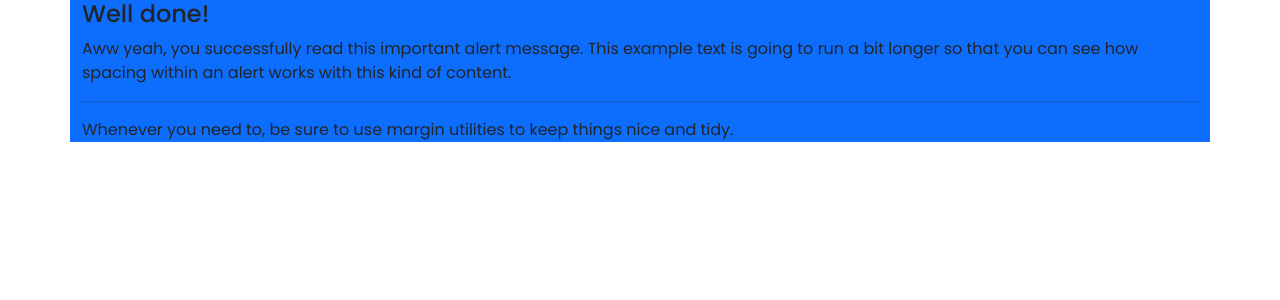
Repository: isaacCodes1/My-Project
Page: alert.html
An editor plug-in stored every save of this project. The page is shown before and after the next save, followed by the edit.
The browser window is 1280 px wide. The pictures show the whole page.

Above is the page before, as saved 2024-03-21 15:33:11.

### alert.html
<!DOCTYPE html>
<html lang="en">
  <head>
    <meta charset="UTF-8" />
    <meta name="viewport" content="width=device-width, initial-scale=1.0" />
    <link
      href="https://cdn.jsdelivr.net/npm/bootstrap@5.2.3/dist/css/bootstrap.min.css"
      rel="stylesheet"
      integrity="sha384-rbsA2VBKQhggwzxH7pPCaAqO46MgnOM80zW1RWuH61DGLwZJEdK2Kadq2F9CUG65"
      crossorigin="anonymous"
    />
    <script
      src="https://cdn.jsdelivr.net/npm/bootstrap@5.2.3/dist/js/bootstrap.bundle.min.js"
      integrity="sha384-kenU1KFdBIe4zVF0s0G1M5b4hcpxyD9F7jL+jjXkk+Q2h455rYXK/7HAuoJl+0I4"
      crossorigin="anonymous"
    ></script>
    <link rel="stylesheet" href="style.css" />
    <title>Document</title>
  </head>
  <body>
    <div class=" container border-1 bg-primary alert-success" role="alert">
      <h4 class="alert-heading">Well done!</h4>
      <p>
        Aww yeah, you successfully read this important alert message. This
        example text is going to run a bit longer so that you can see how
        spacing within an alert works with this kind of content.
      </p>
      <hr />
      <p class="mb-0">
        Whenever you need to, be sure to use margin utilities to keep things
        nice and tidy.
      </p>
    </div>
  </body>
  <script
    src="https://cdn.jsdelivr.net/npm/@popperjs/core@2.11.6/dist/umd/popper.min.js"
    integrity="sha384-oBqDVmMz9ATKxIep9tiCxS/Z9fNfEXiDAYTujMAeBAsjFuCZSmKbSSUnQlmh/jp3"
    crossorigin="anonymous"
  ></script>
  <script
    src="https://cdn.jsdelivr.net/npm/bootstrap@5.2.3/dist/js/bootstrap.min.js"
    integrity="sha384-cuYeSxntonz0PPNlHhBs68uyIAVpIIOZZ5JqeqvYYIcEL727kskC66kF92t6Xl2V"
    crossorigin="anonymous"
  ></script>
</html>

### style.css
@import url("https://fonts.googleapis.com/css2?family=Poppins:ital,wght@0,100;0,200;0,300;0,400;0,500;0,600;0,700;0,800;0,900;1,100;1,200;1,300;1,400;1,500;1,600;1,700;1,800;1,900&display=swap");
* {
  margin: 0;
  padding: 0;
  box-sizing: border-box;
  font-family: "Poppins", sans-serif;
}
nav {
  display: flex;
  align-items: center;
  justify-content: space-between;
  width: 100%;
  padding: 20px 40px;
}
.image a {
  display: flex;
  align-items: center;
  gap: 6px;
  text-decoration: none;
  color: #000;
  font-size: 16px;
  font-weight: 900;
}
.image a img {
  width: 16%;
}
.navItems {
  display: flex;
  gap: 30px;
  align-items: center;
}
.navItems ul {
  display: flex;
  gap: 30px;
  list-style: none;
}
.navItems ul li a {
  text-decoration: none;
  color: #000;
  font-size: 16px;
  font-weight: 500;
}
.navItems ul li a:hover {
  transform: scale(1.05);
  color: #ebd96b;
  font-style: italic;
  border: 1px solid #000;
  transition: 1s ease-in-out;
}
.navItems button {
  border: 0;
  background: #000;
  padding: 10px 20px;
  color: #fff;
  border-radius: 5px;
  font-size: 13px;
}
.navItems button:hover {
  transform: scale(1.05);
  transition: 1s ease-in-out;
  color: #000;
  background: rgb(137, 136, 136);
}
.welcome {
  font-size: 30px;
  font-weight: 900;
  font-style: oblique;
}
.firstPageCont {
  padding: 20px 40px;
}
.FirstPage {
  display: flex;
  flex: 1;
  width: 100%;
  height: 90vh;
  padding: 40px 10px 0px 10px;
  border-radius: 30px;
  background: #f4f6f5;
}
.txtCont {
  display: flex;
  flex: 0.5;
  flex-direction: column;
  gap: 10px;
  padding-left: 40px;
}

.txtCont h1 {
  font-size: 64px;
  font-weight: 900;
  width: 50%;
  line-height: 75px;
}

.txtCont p {
  font-size: 20px;
}
.txtBtn {
  display: flex;
  align-items: center;
  width: 80%;
  margin-top: 10px;
  gap: 10px;
}
.btns {
  border: 0;
  background: #000;
  padding: 10px 20px;
  color: #fff;
  border-radius: 5px;
  font-size: 19px;
}
.btns:hover {
  transform: scale(1.05);
  transition: 1s ease-in-out;
  color: #000;
  background: rgb(137, 136, 136);
}
.txtBtn img {
  width: 100px;
}
.imgCont {
  flex: 0.5;
  display: flex;
  position: relative;
}
.star1 {
  position: absolute;
  top: 5px;
  left: 10px;
}
.star1 img {
  width: 30px;
}
.star2 {
  position: absolute;
  top: 20px;
  left: 450px;
}
.star2 img {
  width: 30px;
}
.star3 {
  position: absolute;
  bottom: 10px;
  left: 70px;
}
.star3 img {
  width: 30px;
}
.star4 {
  position: absolute;
  bottom: 20px;
  left: 400px;
}
.star4 img {
  width: 30px;
}
.spn1 {
  display: flex;
  align-items: center;
  background-image: url(/Assets/Pics/rectangle1.png);
  background-size: cover;
  background-repeat: no-repeat;
  width: 100%;
  padding-left: 20px;
}
.spn2 {
  background-image: url(/Assets/Pics/Rectangle2.png);
  background-size: cover;
  background-repeat: no-repeat;
  padding-right: 50px;
  padding-left: 20px;
}
/* next Page */
.firstPageFooter {
  background: #ebd96b;
  padding: 20px 10px;
  display: flex;
  align-items: center;
  justify-content: center;
}
.logoCont {
  display: flex;
  justify-content: center;
  gap: 100px;
}
.logoCont img {
  width: 7%;
}
.nextPageCont {
  margin-top: 20px;
  padding: 20px 40px;
  display: flex;
  flex-direction: column;
  gap: 55px;
  margin-bottom: 50px;
}
.nextPageText {
  position: relative;
}
.nextPageText h1 {
  font-size: 38px;
  letter-spacing: 1px;
  font-weight: 900;
}
.nextPageText img {
  position: absolute;
  bottom: 5px;
  left: 200px;
  width: 10%;
  z-index: -1;
}
.prettyImages {
  display: flex;
  gap: 35px;
}

.prettyImg img {
  width: 100%;
}
.payDay {
  background: linear-gradient(
    1.32deg,
    #e0c340 0.13%,
    #dfc23e 3.97%,
    #e1c441 7.2%,
    #e3c743 10.13%,
    #e4c542 12.98%,
    #e6c744 15.99%,
    #e7c845 19.52%,
    #e5c643 23.96%,
    #e6c945 30.43%,
    #e3c743 36.49%,
    #e9ca48 42.49%,
    #edce49 49.35%,
    #f0d44c 55.42%,
    #f4d84f 61.43%,
    #f6da52 65.74%,
    #f7db53 72.23%,
    #f9dd55 77.43%,
    #f9df56 83.84%,
    #fae157 91.52%,
    #f9df56 97.87%
  );
}
.yellowTxt {
  flex-direction: column;
  margin-bottom: 10px;
}
.yellowTxt h1 {
  font-size: 65px;
  font-weight: 900;
}
.yellowTxt p {
  font-size: 22px;
  font-weight: 500;
}

.yellowImg img {
  flex: 0.5;
  display: flex;
  width: 600px;
  position: relative;
}

.genDiv {
  display: flex;
  align-items: center;
}
.btn1 {
  border: 0;
  background: #000;
  padding: 15px 25px;
  color: #fff;
  border-radius: 5px;
  font-size: 18px;
  font-weight: 500;
}
.btn:hover {
  transform: scale(1.05);
  transition: 1s ease-in-out;
  color: #000;
  background: rgb(137, 136, 136);
}
.spn3 {
  display: flex;
  background-image: url(/Assets/rectangle1.png);
  background-size: cover;
  background-repeat: no-repeat;
  width: 300px;
}
.nxtSect {
  margin-top: 20px;
  padding: 20px 40px;
  display: flex;
  flex-direction: column;
  gap: 50px;
  margin-bottom: 50px;
}
.Images2 {
  display: flex;
}
.prettyImg2 {
  position: relative;
}
.prettyImg2 img {
  width: 70;
  height: 500px;
  margin-left: 70px;
}
.nextPageCont2 {
  margin-top: 20px;
  padding: 20px 40px;
  display: flex;
  gap: 50px;
  margin-bottom: 50px;
  display: flex;
  justify-content: space-between;
  align-items: center;
}
.nextPageText2 {
  display: flex;
  flex-direction: column;
  margin-left: 50px;
}
.nextPageText2 p {
  margin-bottom: 30px;
  color: #898a89;
}
.nextPageText2 h1 {
  font-size: 30px;
  letter-spacing: 1px;
  font-weight: 900;
}
.nextPageText2 img {
  width: 30%;
  cursor: pointer;
  display: flex;
}
.store {
  display: flex;
  justify-content: space-between;
}
.store a img {
  width: 140px;
  gap: 50px;
}
.circle1 {
  position: absolute;
  right: 350px;
  bottom: 500px;
}
.circle1 img {
  width: 15px;
  height: 15px;
  display: flex;
}
.circley {
  position: absolute;
  right: 0;
  bottom: 470px;
}
.circley img {
  width: 30px;
  height: 30px;
}
.circleye {
  position: absolute;
  right: 400px;
  bottom: 60px;
}
.circleye img {
  width: 17px;
  height: 17px;
}
.circle2 {
  position: absolute;
  right: 0;
  bottom: 100px;
}
.circle2 img {
  width: 10px;
  height: 10px;
}
.elipses {
  position: absolute;
}
.bigC {
  position: absolute;
  right: -12px;
  bottom: 100px;
  z-index: -1;
}
.bigC img {
  width: 300px;
  height: 300px;
  background: transparent;
}

.largeC {
  position: absolute;
  right: -41px;
  bottom: 70px;
  z-index: -1;
}
.largeC img {
  width: 360px;
  height: 360px;
  /* background: transparent; */
}
.largeC1 {
  position: absolute;
  right: -70px;
  bottom: 50px;
  z-index: -1;
}
.largeC1 img {
  width: 420px;
  height: 400px;
}
.footerDiv {
  background: #e5c643;
  padding-bottom: 170px;
}
.h1footer {
  color: #fff;
  text-align: center;
  padding-top: 50px;
  font-size: 30px;
  font-weight: 1000;
}
.pFooter {
  display: flex;
  flex-direction: column;
  justify-content: center;
  align-items: center;
  text-align: center;
  color: #fff;
  font-size: 30px;
}

.input {
  background: #fff;
  width: 40%;
  padding: 5px 0px;
  border-radius: 10px;
}
.input input {
  background: none;
  border: 0;
  padding: 13px 0px 13px 0px;
  width: 76%;
  font-size: 17px;
  outline: 0;
}
.input a {
  font-size: 20px;
  text-decoration: 0;
  color: #fff;
  background: #000;
  padding: 10px 30px;
  border-radius: 5px;
}
.input a:hover {
  transform: scale(1.05);
  transition: 1s ease-in-out;
  color: #000;
  background: rgb(137, 136, 136);
}
.alert{
    border: 1px solid ;
    text-decoration: none;
    font-size: 15px;
    background: blue;
    color: #fff;
    border-top-left-radius: 15px;
}
.alert:hover{
    background: black;
    color: #fff;
    border-top-left-radius:5px;
    transition: 1s ease-in-out;
}

After the next save:
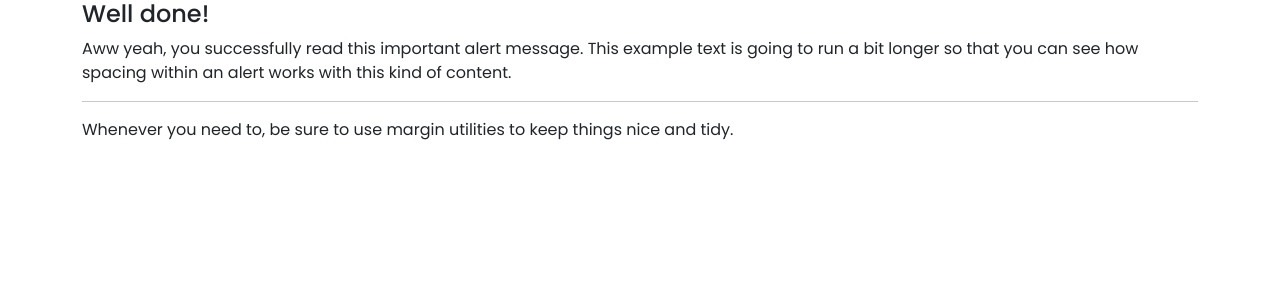
Saved 6 s later.
--- a/alert.html
+++ b/alert.html
@@ -18,7 +18,7 @@
     <title>Document</title>
   </head>
   <body>
-    <div class=" container border-1 bg-primary alert-success" role="alert">
+    <div class=" container alert-success" role="alert">
       <h4 class="alert-heading">Well done!</h4>
       <p>
         Aww yeah, you successfully read this important alert message. This
